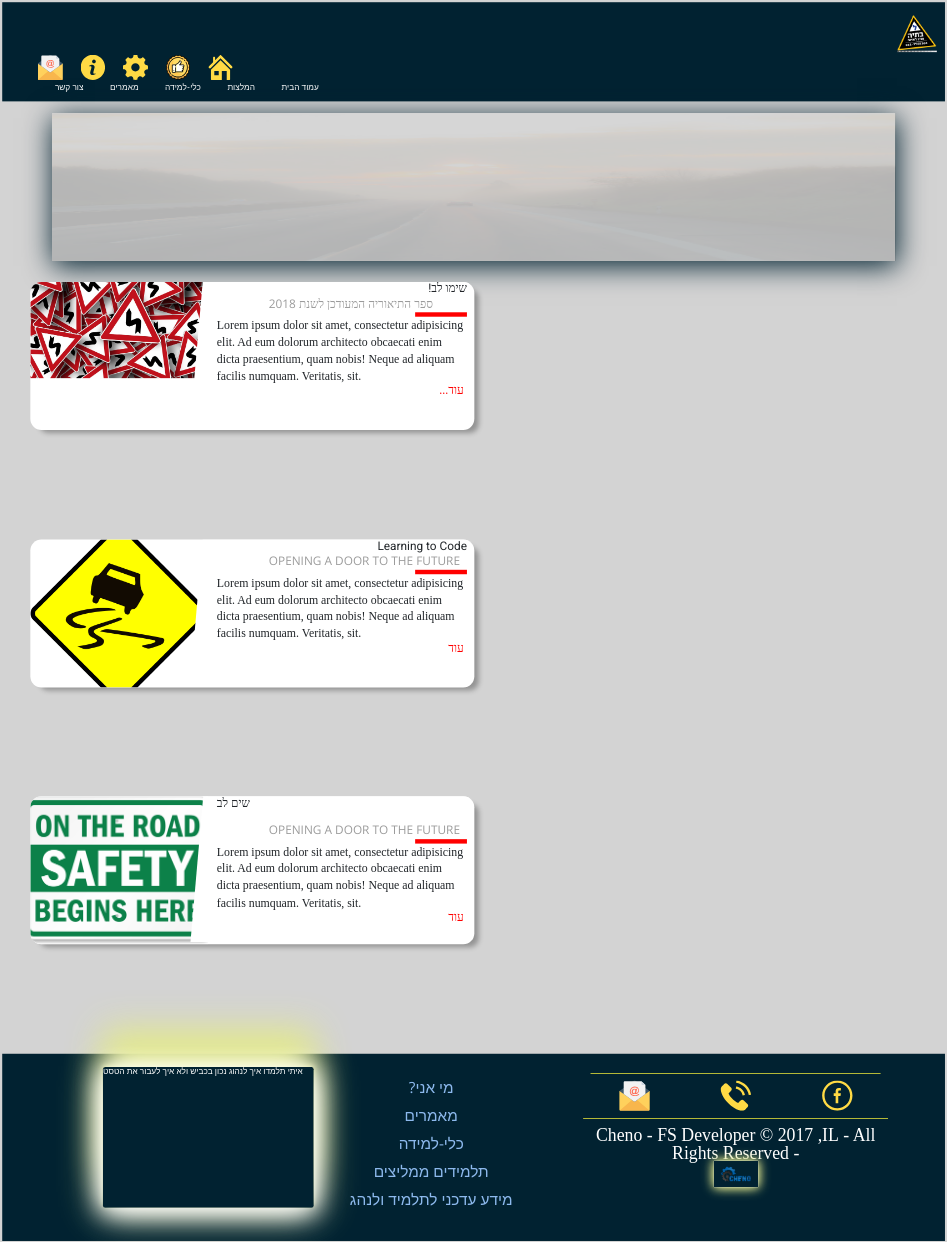
Repository: ChenGinsberg/BatyaLamed-site
Page: index.html
An editor plug-in stored every save of this project. The page is shown before and after the next save, followed by the edit.
The browser window is 1280 px wide. The pictures show the whole page, at 74% of full size.
Some web libraries are served in a nearby version.

Above is the page before, as saved 2017-11-14 00:26:02.

After the next save:
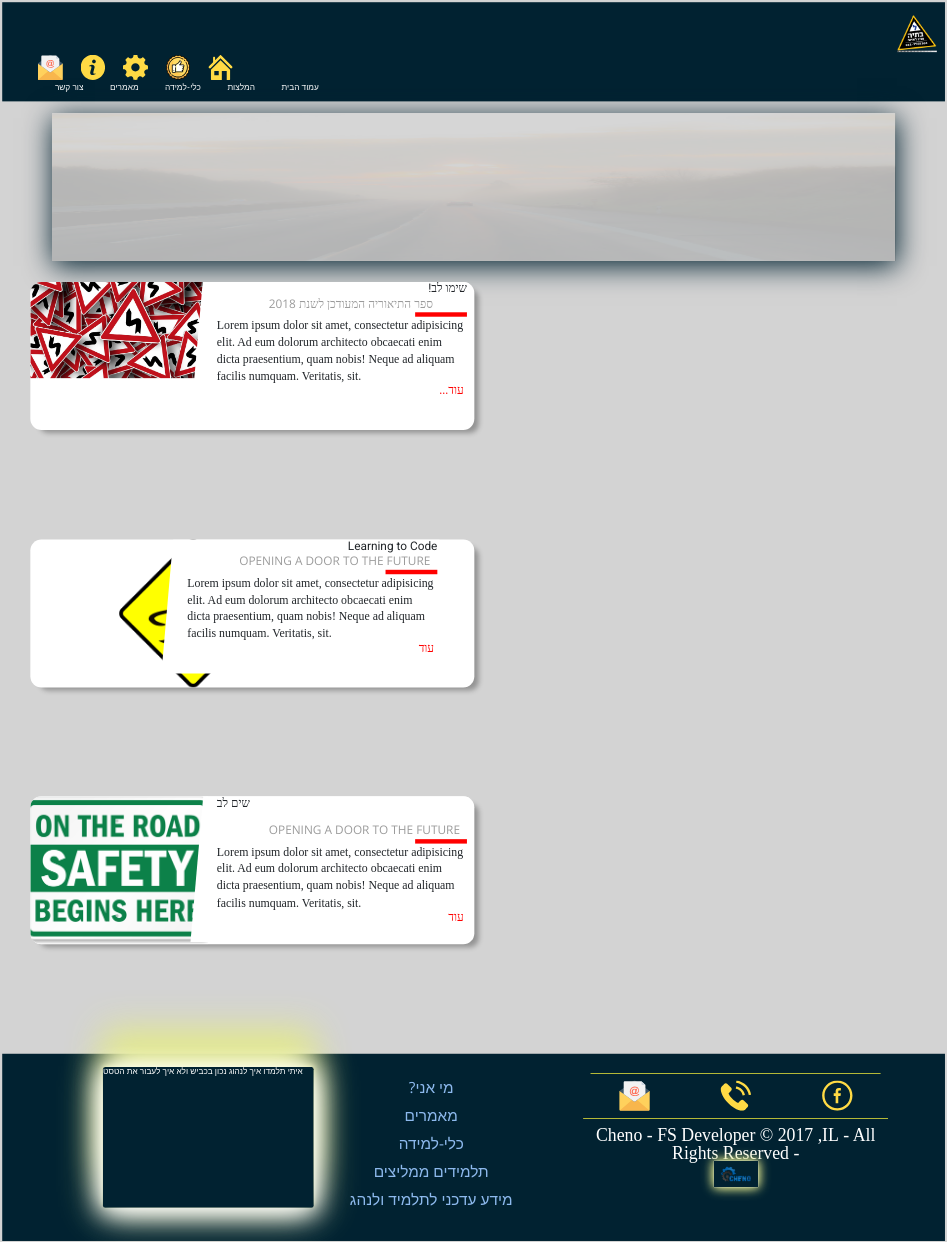
Saved 9 min 3 s later.
--- a/style/infoBox.css
+++ b/style/infoBox.css
@@ -41,8 +41,13 @@
 }
 
 .blog-card .photo.photo2 {
-    background: url("/image/yellow-article.png") center no-repeat;
+    background: url(/image/yellow-article.png) center no-repeat;
     background-size: cover;
+    height: 200px;
+    /* zoom: 1.7; */
+    width: 200px;
+    position: relative;
+    left: 20%;
 }
 
 .blog-card .photo.photo3 {
